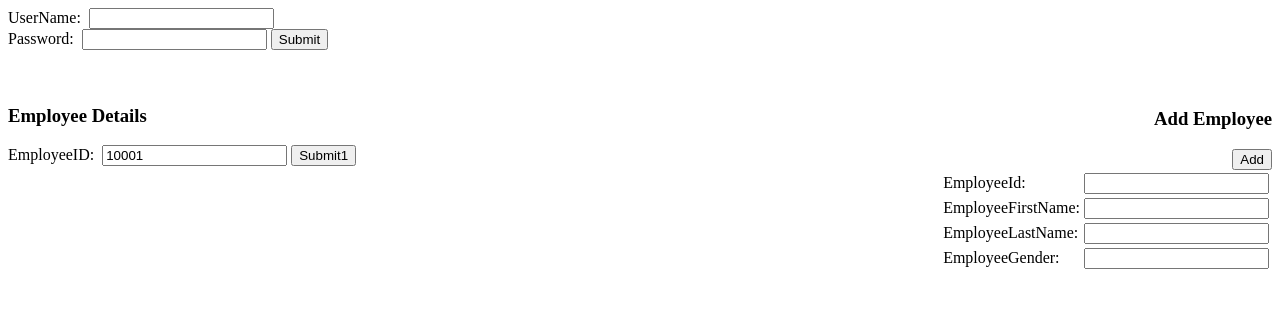
Repository: sandeep27y/MavenWebAppMultiModule-Servlets
Page: http://localhost/EmployeeApplication/LogIn.jsp
These files come from the project's save history. The page is drawn as it stood at one moment and after the next save; the edit follows.
The browser window is 1280 px wide. The pictures show the whole page.
The page is served by Tomcat 9.

Above is the page before, as saved 2017-06-10 20:03:32.

After the next save:
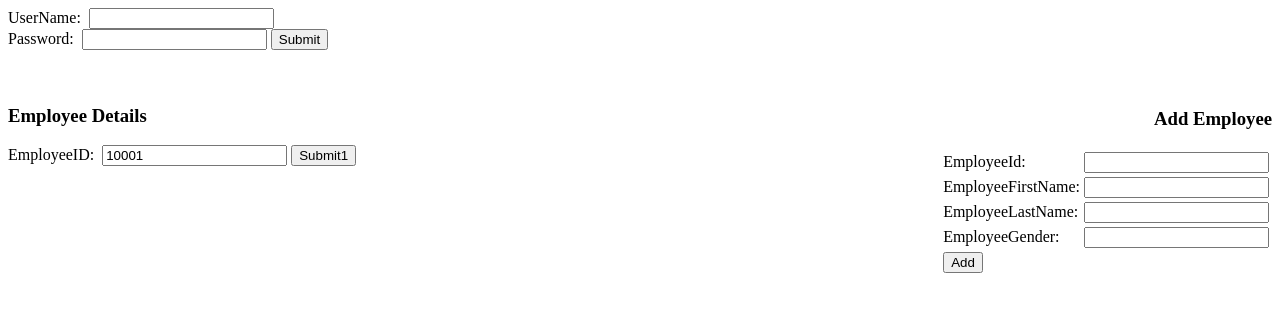
Saved 28 s later.
--- a/MavenWebAppMultiModule-Servlets/EmployeeMultiModule/EmployeeApplication/src/main/webapp/LogIn.jsp
+++ b/MavenWebAppMultiModule-Servlets/EmployeeMultiModule/EmployeeApplication/src/main/webapp/LogIn.jsp
@@ -41,7 +41,7 @@ EmployeeID: &nbsp;<input type="text" name="employeeId" value="10001">
 		<td><input type="text" name="gender"></td>
 	</tr>
 	<tr>
-	<input type="submit" value="Add">
+		<td><input type="submit" value="Add"></td>
 	</tr>
 </table>
 </div>
